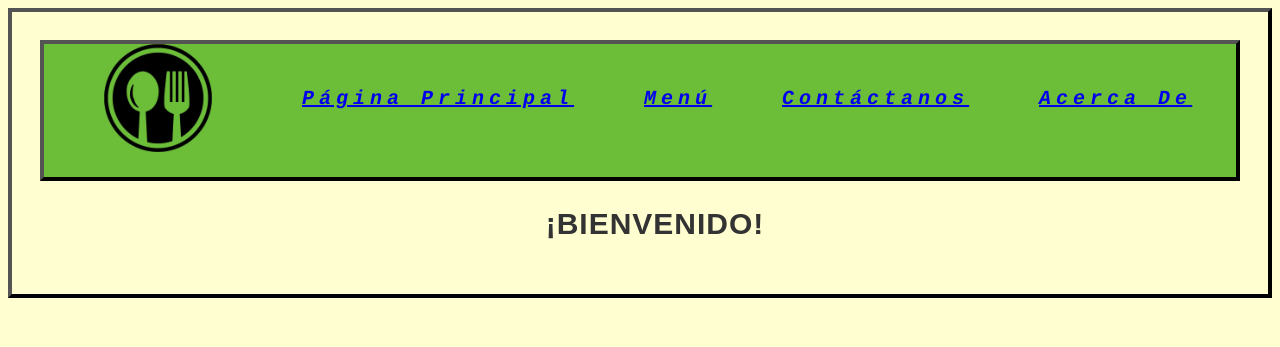
Repository: UVMCoyoacan/eq06_sitio1
Page: index.html
These files come from the project's save history. The page is drawn as it stood at one moment and after the next save; the edit follows.
The browser window is 1280 px wide. The pictures show the whole page.

Above is the page before, as saved 2024-03-08 10:10:46.

### index.html
<!DOCTYPE html>
<html>
    <head>
        <link rel="stylesheet" href="./Carpeta estilos/estilo1.css"/>
        <meta charset="utf-8" />
    </head>
    <body>
        <header id="parte_inicial" role="banner">
            <div class="encabezado" style="display: flex;   flex-wrap: wrap; ">
                    <div style="flex-wrap:wrap; text-align: center; white-space: nowrap; ">
                    <img width="108" height="108" src="./Carpeta ims/tres.png" onclick="redirigirIndex()" style="text-align: left; cursor:pointer; text-align: center;";>

                    </div>
            <div >
            <ul >
                <li  ><a href="#">Página principal</a></li>
                <li ><a href="./Carpeta docs/menu.html">Menú</a></li>
                <li ><a href="./Carpeta docs/contactos.html">Contáctanos</a></li>
                <li ><a class="active" href="./Carpeta docs/acercade.html">Acerca de</a></li>
            </ul>
        </div>
            </div>
        </header>
        <h2>¡Bienvenido!</h2>
    </body>
    <script src="./Carpeta js/js1.js">
    </script>
</html>

### Carpeta estilos/estilo1.css
body{
  background-color:#fefec0be;
  font-size:20px;
  font-family:Courier;
  font-weight:bold;
  font-style:normal;
  line-height:30px;
  letter-spacing:5px;
  padding: 28px;
  text-transform:capitalize;
  text-align:left;
  text-indent:30px;
  border-style: outset;
  border-color: #000000;
  border-width: .4ch;


}
header{
  background-color:#6cbe39;
  font-size:20px;
  font-family:Courier;
  font-weight:bold;
  font-style:italic;
  line-height:60px;
  letter-spacing:5px;
  text-transform:capitalize;
  text-align:left;
  text-indent:60px;
  border-style: outset;
  border-color: #000000;
  border-width: .4ch;

}
li {
  display: inline;
  float: left;
  background-color:#6cbe39;
  font-size:20px;
  font-family:Courier;
  font-weight:bold;
  font-style:oblique;
  line-height:30px;
  letter-spacing:5px;
  text-decoration:underline;
  text-transform:capitalize;
  text-align:left;
  text-indent:30px;
  border-style:inherit;
  border-color: #303130;
  padding: 12px;
}


a {
  display: block;
  padding: 8px;
  background-color:#6cbe39;
}
.active {
  background-color:transparent;

}

#titulo{
  text-decoration: overline underline;
  font-size:30px;
  font-style:oblique;

}
ul {
  margin-left: auto;
}
p{

    font-size: 30px;
    font-family: Courier;
    font-weight: bold;
    font-style:italic;
    line-height: 30px;
    letter-spacing: 5px;
    text-transform: capitalize;
    text-align: left;
    text-indent: 30px;
    margin-left: auto;
    color: #2e2e2e;
      background-color: #ffffff;


    }

  ol{

      font-size: 20px;
      font-family: Courier;
      font-weight:200;
      font-style: normal;
      line-height: 30px;
      letter-spacing: 5px;
      text-transform: capitalize;
      text-align: left;
      text-indent: 30px;
      color: #2e2e2e;
      padding-left: 40px;
    }
    h1{
      font-size: 30px;
      font-family: Courier;
      font-weight: bold;
      font-style:italic;
      line-height: 30px;
      letter-spacing: 5px;
      text-transform: capitalize;
      text-align: left;
      text-indent: 30px;
      margin-left: auto;
      color: #2e2e2e;
        background-color: #b3e64c;
    }
    h2 {
      font-size: 30px;
      font-family: Arial, sans-serif;
      font-weight: bold;
      font-style: normal;
      line-height: 1.5;
      letter-spacing: 1px;
      text-transform: uppercase;
      text-align: center;
      color: #333333;
      margin-top: 20px;
      margin-bottom: 20px;
    }

### Carpeta js/js1.js
function redirigirIndex() {
    window.location.href = '#';
}

After the next save:
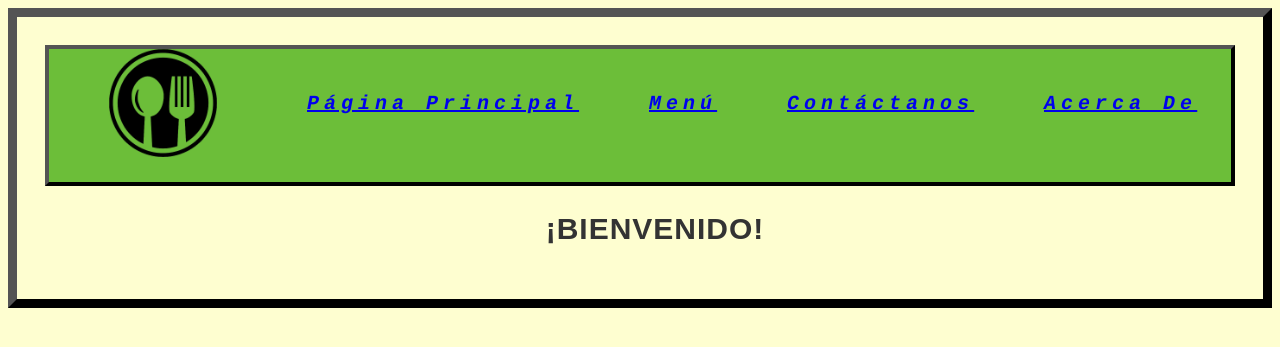
Saved 21 s later.
--- a/Carpeta estilos/estilo1.css
+++ b/Carpeta estilos/estilo1.css
@@ -12,7 +12,7 @@ body{
   text-indent:30px;
   border-style: outset;
   border-color: #000000;
-  border-width: .4ch;
+  border-width: .8ch;
 
 
 }
